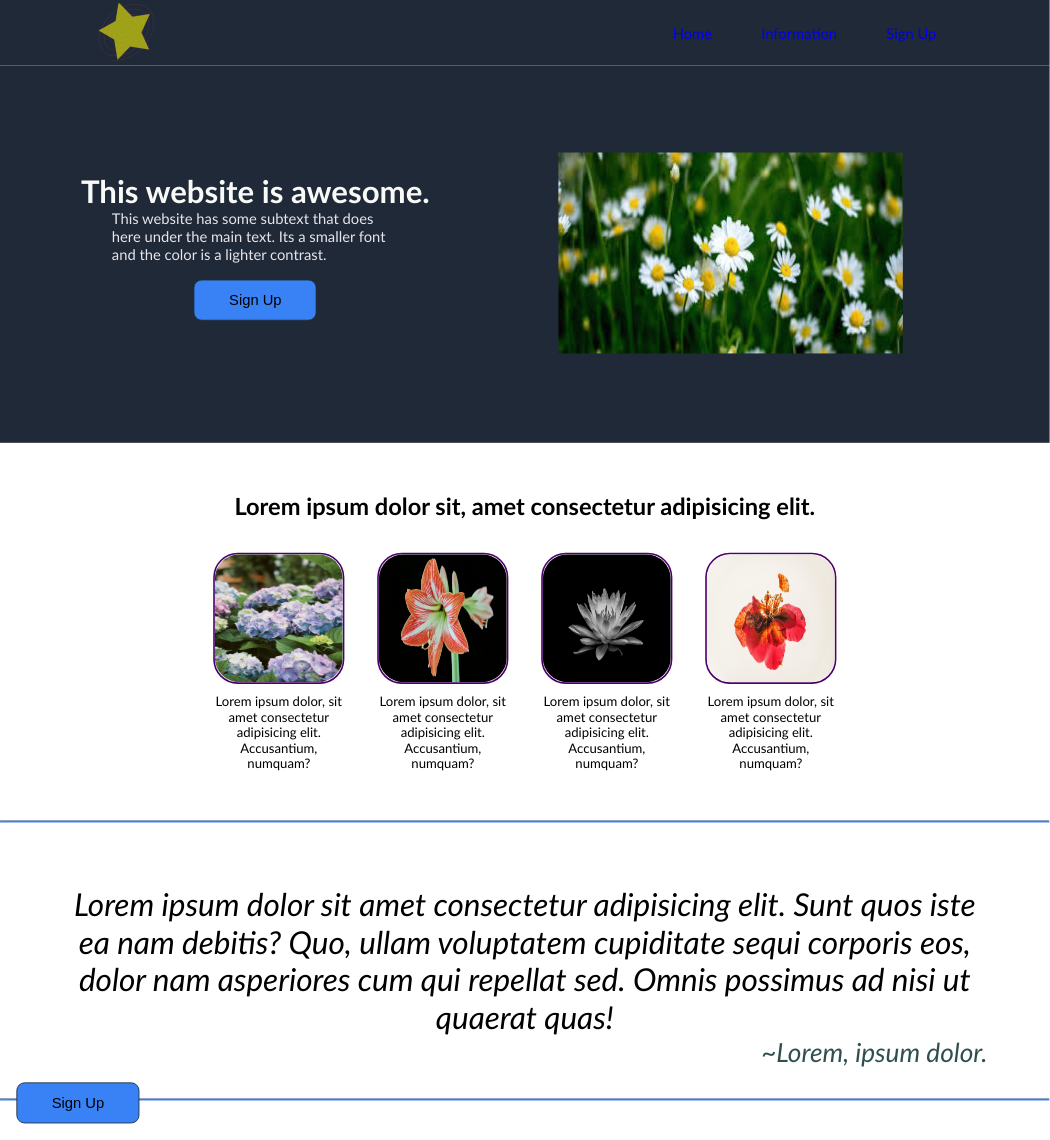
Repository: CassieHardluck/Landing-Page
Page: index.html
The author's editor kept a copy of each file at every save. The page is drawn from the files as they stood at one save, then again after the next save.
The browser window is 1280 px wide. The pictures show the whole page, at 82% of full size.

Above is the page before, as saved 2024-06-02 02:38:28.

After the next save:
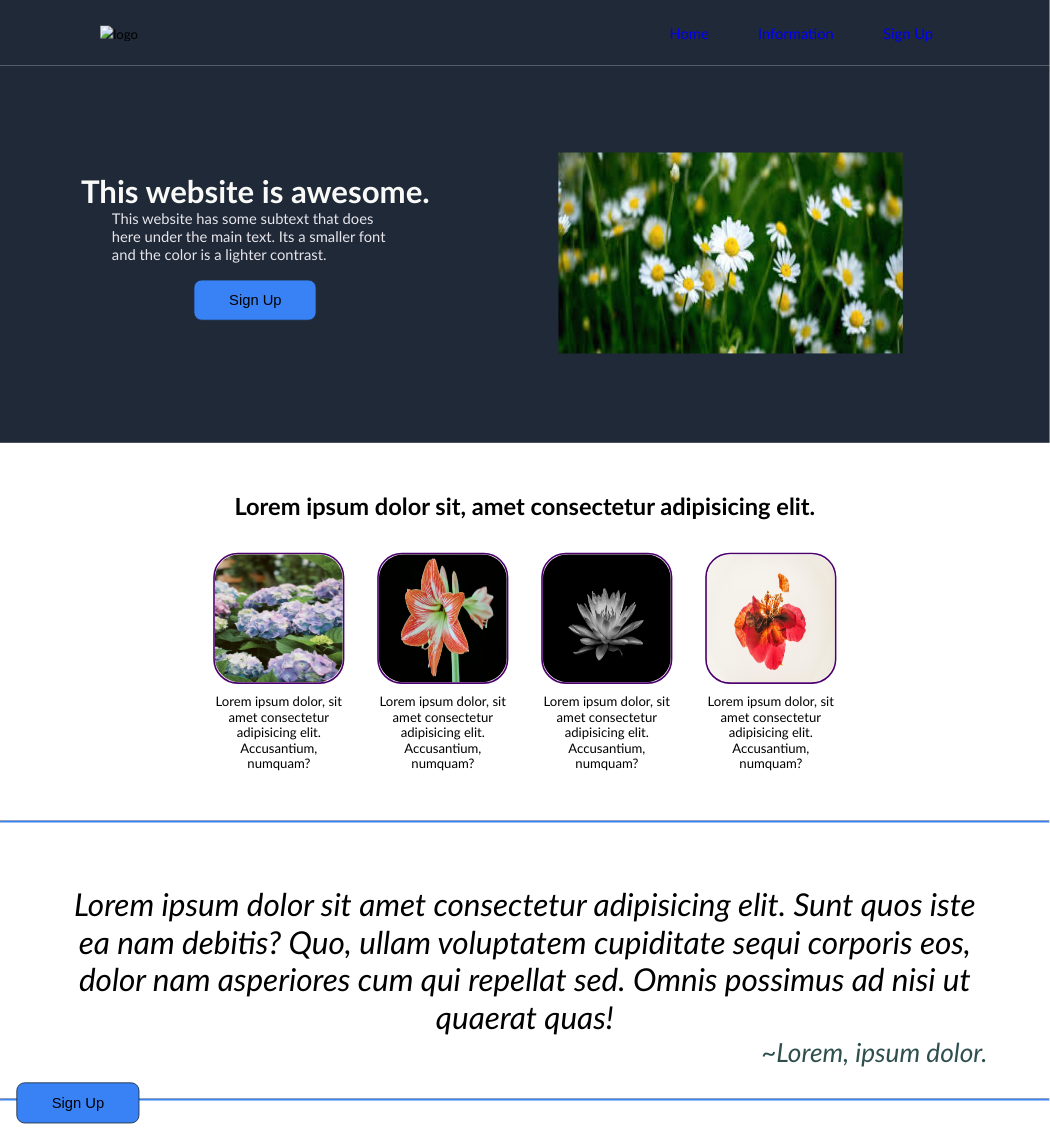
Saved 4 min 9 s later.
--- a/index.html
+++ b/index.html
@@ -13,7 +13,7 @@
 
         <!-- logo -->
         <div class="img-div">
-          <img class="logo-img" src="./images/star-logo.svg" alt="logo">
+          <img class="logo-img" src="" alt="logo">
         </div>
 
         <!-- spacer to help my flex items fall into place right -->
